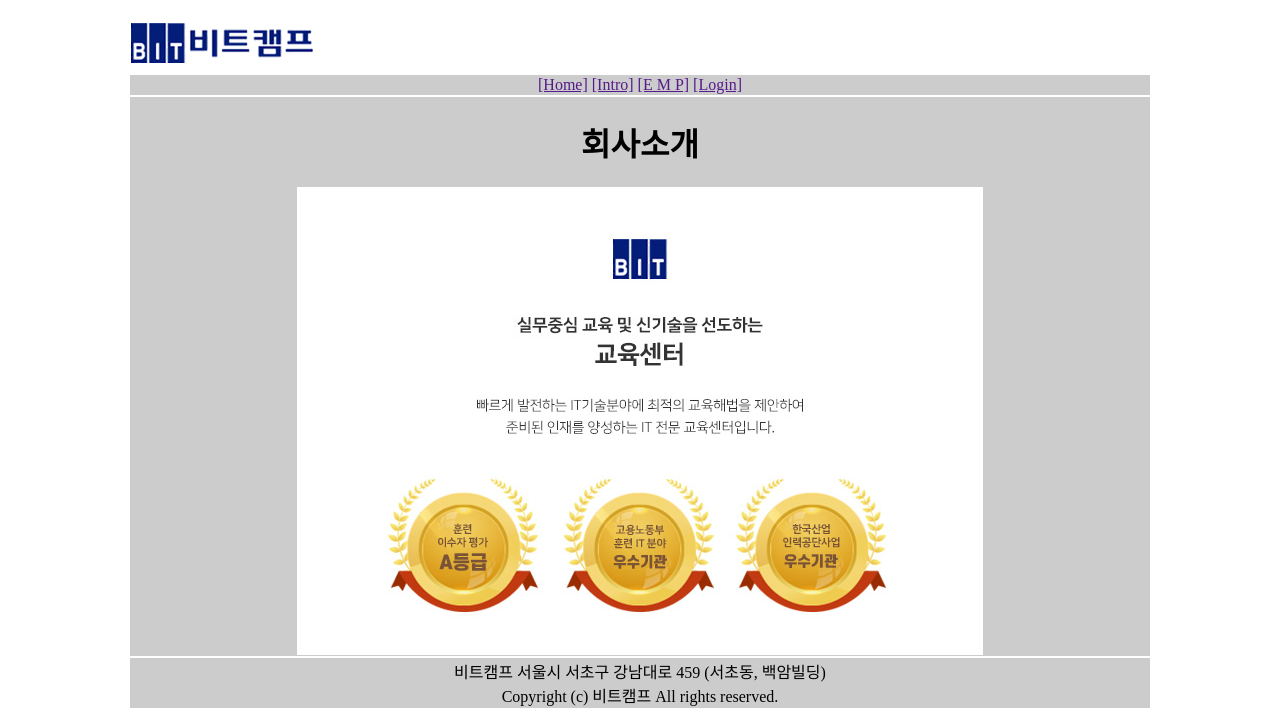
Repository: Lee-seongBeom/bitclass
Page: http://localhost/web09/?title=main
These files come from the project's save history. The page is drawn as it stood at one moment and after the next save; the edit follows.
The browser window is 1280 px wide. The pictures show the whole page.
The page is served by Tomcat 9.

Above is the page before, as saved 2020-07-08 01:21:44.

After the next save:
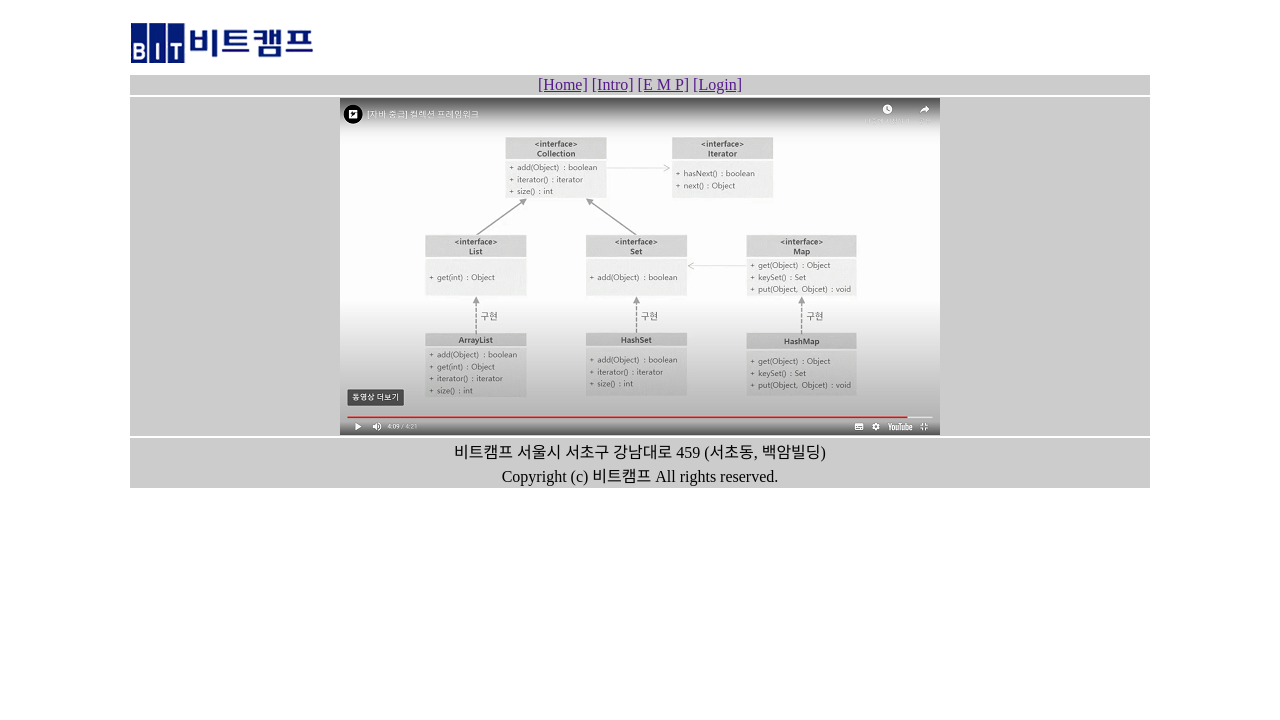
Saved 19 s later.
--- a/web/web09/WebContent/index.jsp
+++ b/web/web09/WebContent/index.jsp
@@ -21,7 +21,7 @@
 		</tr>
 		<tr align="center" bgcolor="#cccccc">
 			<td>
-				<jsp:include page="intro.jsp"></jsp:include>
+				<jsp:include page="main.jsp"></jsp:include>
 			</td>
 		</tr>
 		<tr align="center" bgcolor="#cccccc">

After the save that followed:
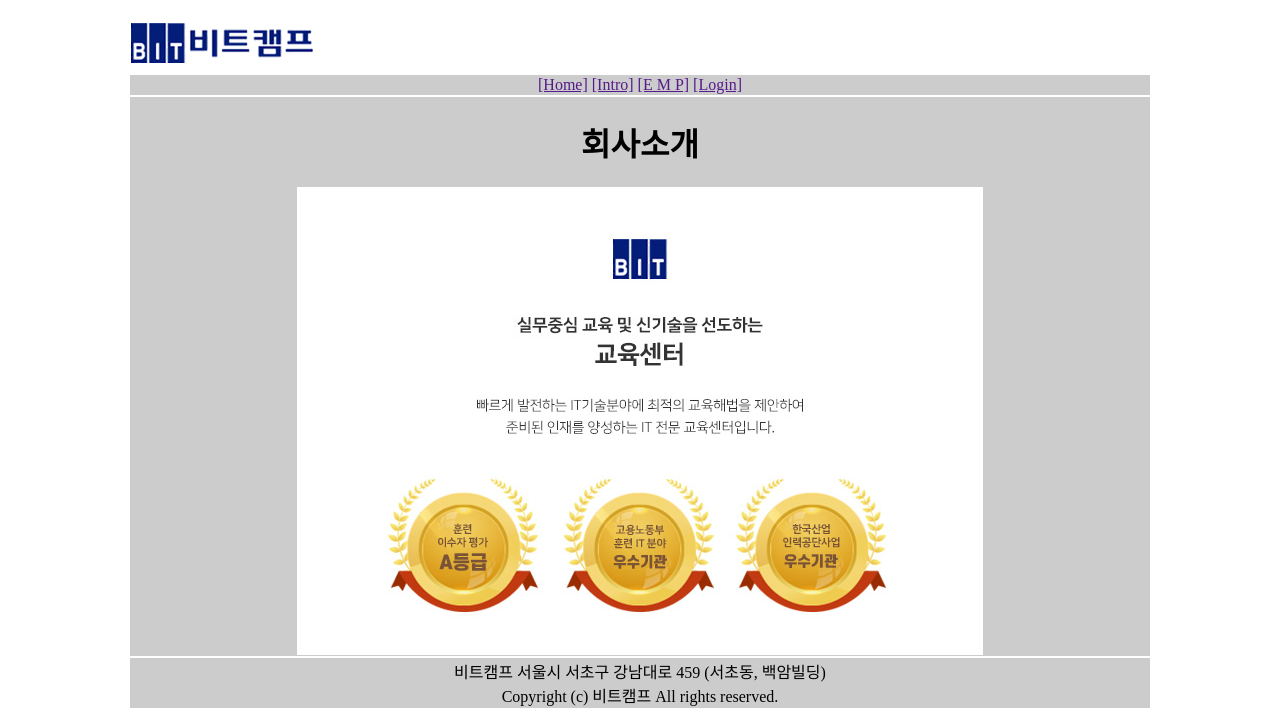
Saved 14 s later.
--- a/web/web09/WebContent/index.jsp
+++ b/web/web09/WebContent/index.jsp
@@ -21,7 +21,7 @@
 		</tr>
 		<tr align="center" bgcolor="#cccccc">
 			<td>
-				<jsp:include page="main.jsp"></jsp:include>
+				<jsp:include page="intro.jsp"></jsp:include>
 			</td>
 		</tr>
 		<tr align="center" bgcolor="#cccccc">
